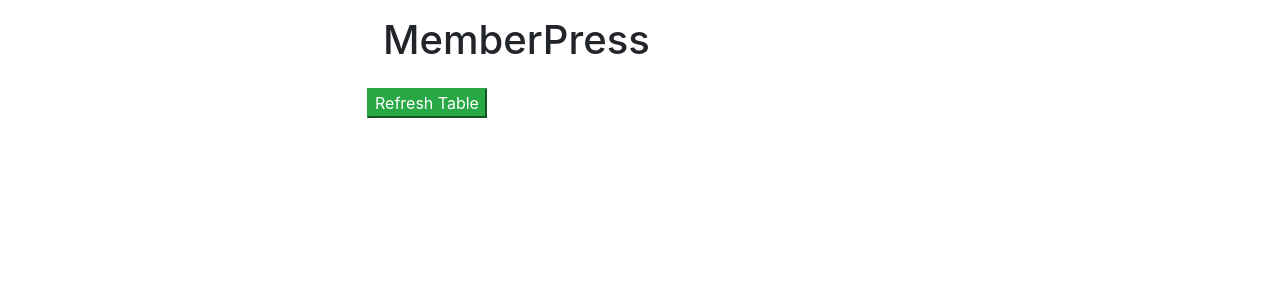
Repository: joeldelatte/JoelDelattemMemberPressChallenge
Page: public/index.html
These files come from the project's save history. The page is drawn as it stood at one moment and after the next save; the edit follows.
The browser window is 1280 px wide. The pictures show the whole page.
The page's requests for data from a server got no answer. Some web libraries are served in a nearby version.

Above is the page before, as saved 2020-06-21 22:25:58.

After the next save:
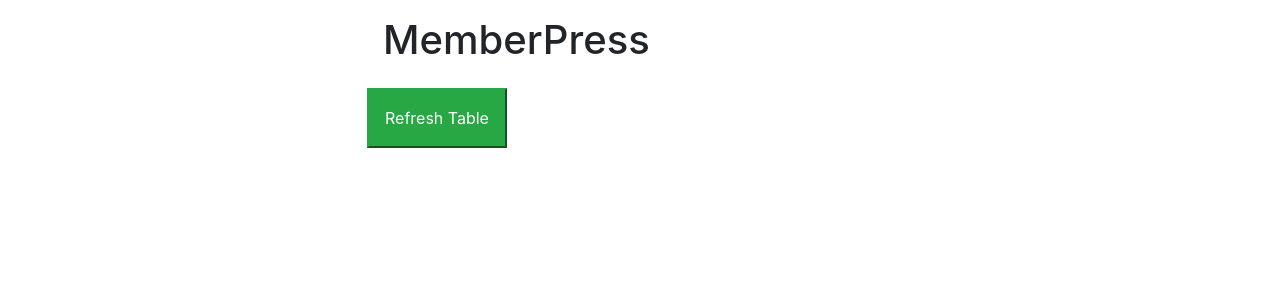
Saved 23 s later.
--- a/public/style.css
+++ b/public/style.css
@@ -3,8 +3,7 @@
 }
 
 button {
-
-    /* display: block */
+    padding: 1rem;
 }
 
 h1 {
